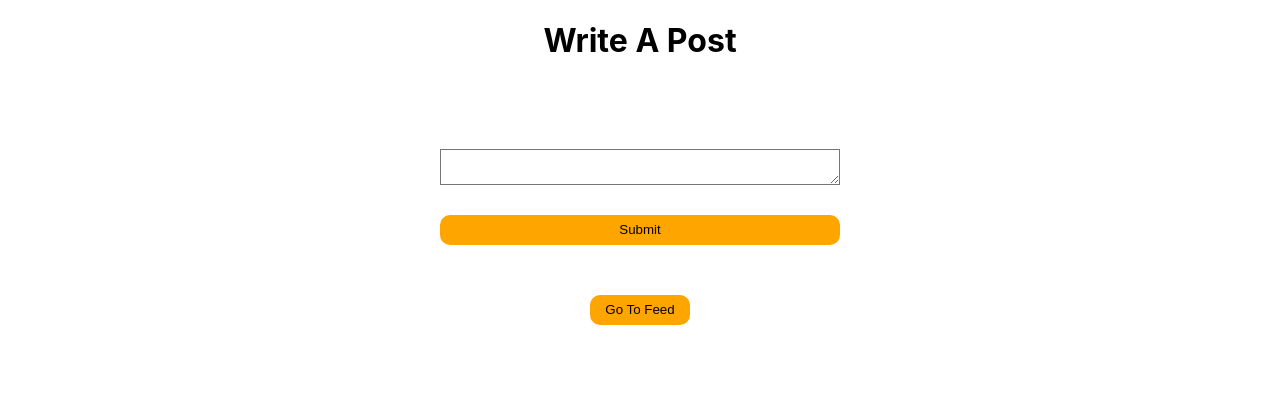
Repository: shaelorch/comp-week4
Page: /addPosts
An editor plug-in stored every save of this project. The page is shown before and after the next save, followed by the edit.
The browser window is 1280 px wide. The pictures show the whole page.
The project was rebuilt for these pictures with package versions that can differ from the ones it lists, and the page was loaded fresh each time. The framework's server and built-in components were replaced by stand-ins that run in the browser. Also part of the build but not shown: next.config.js.

Above is the page before, as saved 2023-01-31 23:12:44.

After the next save:
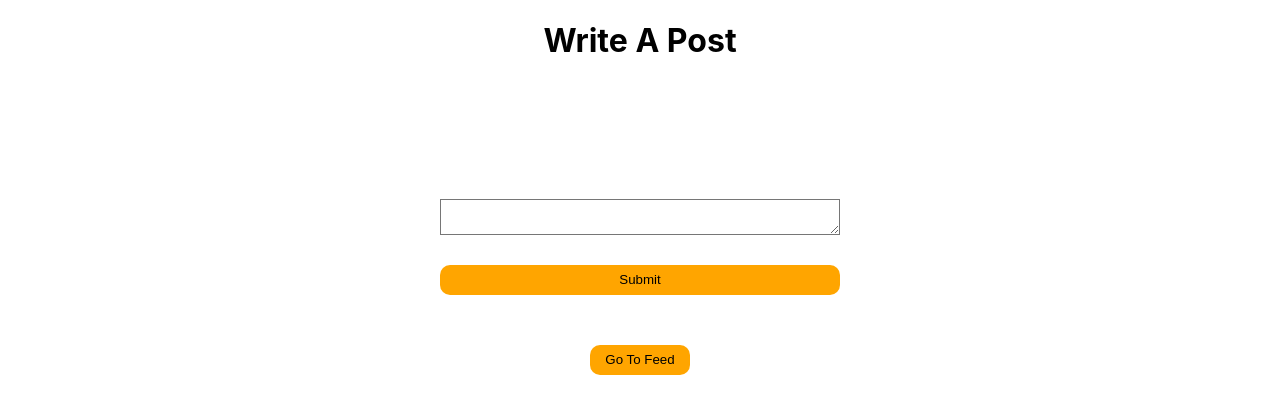
Saved 4 s later.
--- a/pages/addPosts.js
+++ b/pages/addPosts.js
@@ -16,7 +16,7 @@ export default function Home({posts}) {
   <h1>Write A Post</h1>
 
         <form onSubmit={handleSubmit} style={{display: "flex", flexDirection: "column", width:400}}>
-          <input style={{backgroundColor:'white', marginTop:50, border:'transparent'}} type="text" value={title} onChange={(e) => setTitle(e.target.value)} />
+          <input style={{backgroundColor:'white', marginTop:100, border:'transparent'}} type="text" value={title} onChange={(e) => setTitle(e.target.value)} />
           <textarea style={{backgroundColor:'white'}} value={content} onChange={(e) => setContent(e.target.value)} />
 
 
